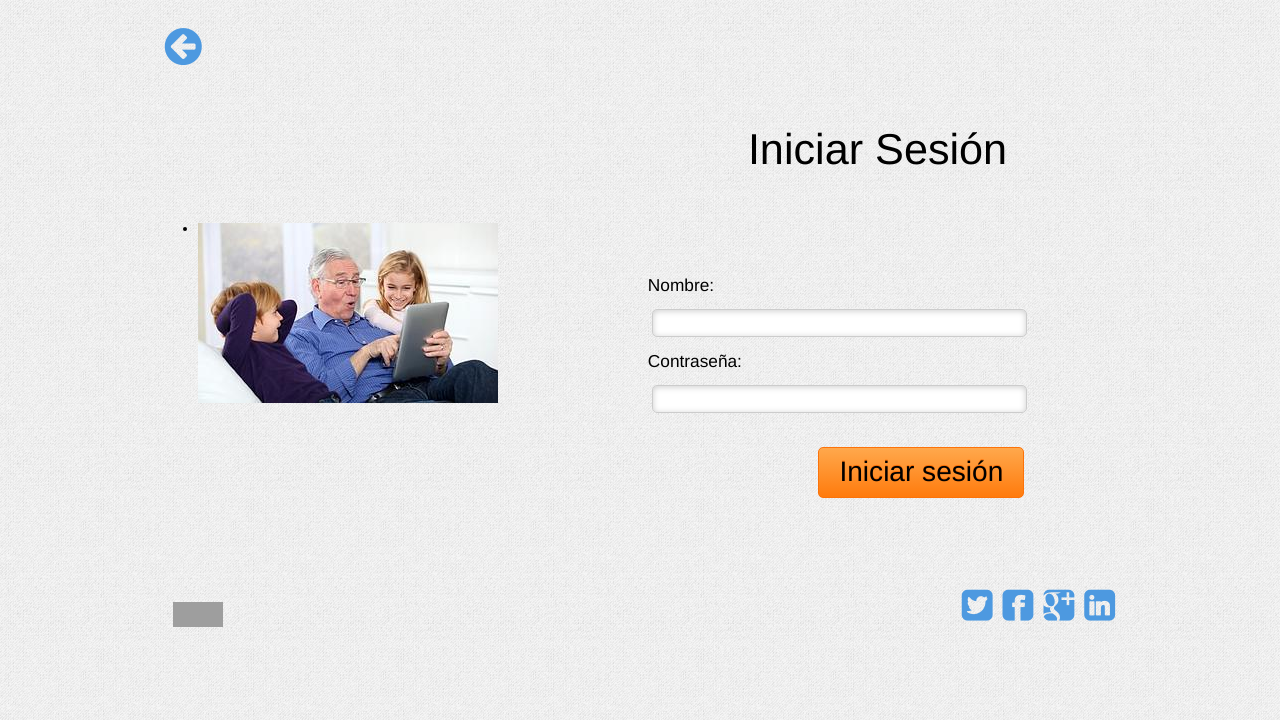
Repository: SCeruso/RememberMe
Page: iniciarSesion.html
The author's editor kept a record of every edit. The page is drawn from the files as they stood at one moment, then again after the next edit.
The browser window is 1280 px wide. The pictures show the whole page.
Pictures or frames that could not be fetched are drawn as grey boxes. Some web libraries are served in a nearby version.

Above is the page before.

### iniciarSesion.html
<!DOCTYPE html>
<html>
<head>
	<!-- META -->
	<title>HTML KickStart Elements</title>
	<meta charset="UTF-8">
	<meta name="viewport" content="width=device-width, initial-scale=1.0"/>
	<meta name="description" content="" />

	<!-- CSS -->
	<link rel="stylesheet" type="text/css" href="css/kickstart.css" media="all" />
	<link rel="stylesheet" type="text/css" href="style.css" media="all" />

	<!-- Javascript -->
	<script type="text/javascript" src="https://ajax.googleapis.com/ajax/libs/jquery/1.9.1/jquery.min.js"></script>
	<script type="text/javascript" src="js/kickstart.js"></script>
</head>
<body>
<div class="grid">
    <div class="col_12">
        <h2 class="left">
               <a href="bienvenido.html">
                  <i class="icon-circle-arrow-left"></i>
                </a>
        </h2>
    </div>
	<div class="col_12">
        <div class="col_6">
        </div>
        <div class="col_6">
            <h2 class="center">
                    <p>Iniciar Sesión</p>
            </h2>
         </div>
	</div>
    <div class="col_12">
        <div class="col_6">
            <ul class="slidershow">
                <li><img class="align-left" src="imagenes/domingo-saludable-mayores--300x180.jpg" width="300" height="250" />
            </p>
        </div>
        <br></br>
        <div class="col_6">
            <p>
                <h6><label for="nombre">Nombre:</label></h6>
                <input id="nombre" type="text" class="col_10"/>
            </p>
            <p>
                <h6><label for="email">Contraseña:</label></h6>
                <input id="contraseña" type="password" class="col_10" />
            </p>
            <div class="col_12">
                <div class="col_10">
                      <h5 style="margin-bottom:40px;" class="right">
                          <p><a class="large button orange" href="juegosde.html"><font color="black">Iniciar sesión</font></a></p>
                      </h5>
                 </div>
            </div>
        </div>
    </div>
    <div class="col_12">
        <div class="col_1">
            <br>
        <EMBED src = "imagenes/musica1.mp3" width="50" height = "25">
            </div>

        <h3 class="right">
            <a href = "http://www.twitter.com" target = "blank">
                <i class="icon-twitter-sign" title= "Twitter"></i></a>
            <a href = "http://www.facebook.com" target = "blank">
                <i class="icon-facebook-sign" title= "Facebook"></i></a>
            <a href = "http://www.google.com" target = "blank">
                <i class="icon-google-plus-sign" title= "Goole +"></i></a>
            <a href = "http://www.linkedin.com" target = "blank">
                <i class="icon-linkedin-sign" title= "Linkedin"></i></a>

        </h3>

    </div>
</div> <!-- End Grid -->
</body>
</html>

### style.css
/*
	99Lime.com HTML KickStart by Joshua Gatcke
	style.css

*/

/*---------------------------------
	IMPORTS
-----------------------------------*/
@import url(http://fonts.googleapis.com/css?family=Arimo:400,700);

/*---------------------------------
	OVERRIDES
-----------------------------------*/
h1,h2,h3,h4,h5,h6{
font-family: "Arimo", arial, verdana, sans-serif;
font-weight:normal;
}

thead th,
tbody th{
font-family: "Arimo", arial, verdana, sans-serif;
}

button,
a.btn,
input[type="submit"],
input[type="reset"],
input[type="button"]{
font-family: "Arimo", arial, verdana, sans-serif;
}

.menu{
font-family: "Arimo", arial, verdana, sans-serif;
}

blockquote{
font-family: "Arimo", arial, verdana, sans-serif;
}

/*---------------------------------
	LAYOUT
-----------------------------------*/
body{
margin:0;
padding:0 0 0 0;
color:#000;
/*background-repeat:repeat;*/
background:#efefef url(css/img/gray_jean.png);
/*background-size:cover;*/
/*background-image:url(css/img/gray_jean.png);*/
font:normal 0.9em/150% 'Arimo', arial, verdana, sans-serif;
text-shadow: 0 0 1px transparent; /* google font pixelation fix */
}

#wrap{
width:100%;
background:#fff;
margin:30px auto 30px auto;
padding:0 2%;
border:1px solid #ccc;
}


#footer{
text-align:center;
padding:20px;
margin:0;
border-top:1px solid #ddd;
color:#999;
font-size:0.8em;
text-shadow:0px 1px 1px #fff;
position: relative;
top:0;
left:0;
background:#fff;
}

	#link-top{
	display:none;
	}

/* NAV BAR*/
.navbar{
position:fixed;
top:0;
left:0;
width: 100%;
background:#000;
color:#fff;
z-index:1000;
}

	.navbar #logo{
	position:absolute;
	top:0;
	right:0;
	padding:0.5em 1em;
	font-size: 1.7em;
	color:#efefef;
	text-decoration:none;
	}

	.navbar span{
	color:#86dc00;
	}


	.navbar ul{
	display:inline-block;
	margin:0;
	padding:0;
	}

		.navbar li{
		margin:0;
		padding:0;
		list-style-type:0;
		display:inline-block;
		}

		.navbar li a{
		display:inline-block;
		color:#efefef;
		padding:1em 1.3em;
		text-decoration:none;
		text-transform: uppercase;
		line-height:100%;
		font-size: 1.2em;
		}

.callout{
background:#4598ef;/*#86dc00;*/
padding:3em 0;
color:#fff;
box-shadow:inset 0 0 10px rgba(0,0,0,0.2);
text-align: center;
text-shadow:0px 1px 3px rgba(0,0,0,0.2);
display:block;
}
	.callout + div.grid{margin-top:50px;}
	 a.callout{cursor:pointer;}
	 .callout i.icon-4x{font-size:6em;}
	 .callout h4{margin-bottom:30px;}
	 .callout-top{margin:50px 0 0 0;}
	 .callout p{margin-bottom:0;}
	 .callout .button{margin-top:10px;}
	 .callout.green{background:#19ad0b;/*#86dc00;*/}

#mc_embed_signup{
padding:30px 0;
}

#ui-preview{
border:5px solid #ddd;
margin:30px 0;
display:block;
}

### css/kickstart-forms.css
/*---------------------------------
	FORMS
-----------------------------------*/
form{
padding:0;
margin:0;
}

fieldset{
margin:30px 0 20px 0;
padding:5px 15px 15px 15px;
border:1px solid #ccc;
background:#f5f5f5;
-moz-border-radius:5px;
-webkit-border-radius:5px;
border-radius:5px;
position: relative;
top:0;
left:0;
}

	legend{
	-moz-border-radius:5px;
	-webkit-border-radius:5px;
	border-radius:5px;
	border:1px solid #ccc;
	background:#f5f5f5;
	padding:2px 10px;
	margin:0 0 0 0;
	display:block;
	position: relative;
	top:0;
	left:0;
	}

	/*IE ONLY - I know, this is a stop gap*/
	.msie fieldset{padding-top:25px;}
	.msie legend{position:absolute;top:-0.7em;left:10px;}

label{
display:inline-block;
*display:inline;
vertical-align: middle;
margin:0;
padding:0;
position:relative;
top:0;
left:0;
zoom:1;
-moz-box-sizing: border-box;
-webkit-box-sizing: border-box;
box-sizing: border-box;
}

	label.inline{
	display:inline;
	margin:0;
	}

	label span{
	color:#999;
	font-size:0.9em;
	}

	label span.right{
	position:absolute;
	bottom:0;
	right:0;
	text-align:right;
	display:inline-block;
	*display:inline;
	}

	label.disabled{
	color:#ccc;
	}

input{
display:inline-block;
*display:inline;
vertical-align: middle;
width:auto;
zoom:1;
margin:0;
border:1px solid #ccc;
font-size:1em;
padding:5px 0;
text-indent: 5px;
-moz-border-radius:5px;
-webkit-border-radius:5px;
border-radius:5px;
background:#fff;
-moz-box-shadow:inset 0 0 6px #ccc;
-webkit-box-shadow:inset 0 1px 6px #ccc;
box-shadow:inset 0 1px 6px #ccc;
-moz-box-sizing: border-box;
-webkit-box-sizing: border-box;
box-sizing: border-box;
}

	input::-webkit-input-placeholder,
	input:-moz-placeholder,
	.placeholder{
	color:#bbb;
	}

	input::-moz-focus-inner {border:0;}

	input[disabled="disabled"], input.disabled{
	color:#999;
	background:#f5f5f5;
	-moz-box-shadow:inset 0 0 2px #ddd;
	-webkit-box-shadow:inset 0 1px 2px #ddd;
	box-shadow:inset 0 1px 2px #ddd;
	}

	/* FOCUS STATES */
	input[type="text"]:focus,
	textarea:focus,
	button:focus,
	a.button:focus,
	select:focus,
	input[type="file"]:focus,
	input[type="password"]:focus{
	-webkit-box-shadow: 0 0 7px #6DB9FF;
	-moz-box-shadow   : 0 0 7px #6DB9FF;
	box-shadow        : 0 0 7px #6DB9FF;
	border: 1px solid #50B1FE;
	outline: none;
	}

	/* TRANSITION */
	input[type="text"],
	textarea,
	button,
	a.button,
	a,
	input[type="file"]{
	-moz-transition: -moz-box-shadow 0.5s, border 0.5s, background 0.5s;
	-webkit-transition: -webkit-box-shadow 0.5s, border 0.5s, background 0.5s;
	-o-transition:  box-shadow 0.5s, border 0.5s, background 0.5s;
	transition: box-shadow 0.5s, border 0.5s, background 0.5s;
	}

input.checkbox,
input[type="checkbox"]{
display:inline;
width:auto;
margin:0;
padding:0;
border:0;
background:none;
vertical-align:center;
*vertical-align: top;
}

input.radio,
input[type="radio"]{
display:inline;
width:auto;
margin:0;
padding:0;
border:0;
background:none;
vertical-align:center;
*vertical-align: top;
}

	input[type="radio"]:focus,
	input[ type="checkbox"]:focus{
	-webkit-box-shadow: 0 0 5px #6DB9FF;
	-moz-box-shadow   : 0 0 5px #6DB9FF;
	box-shadow        : 0 0 5px #6DB9FF;
	outline-color: #6DB9FF;
	}

input.file,
input[type="file"]{
/*font-size:0.8em;*/
-moz-box-shadow:none;
-webkit-box-shadow:none;
box-shadow:none;
border:none;
}

select{
display:inline;
width:auto;
margin:0;
border:1px solid #ccc;
line-height:100%;
padding:3px;
vertical-align: middle;
}

        select[disabled="disabled"], select.disabled{
        color:#999;
        background:#f5f5f5;
        -moz-box-shadow:inset 0 0 2px #ddd;
        -webkit-box-shadow:inset 0 1px 2px #ddd;
        box-shadow:inset 0 1px 2px #ddd;
        }

textarea{
width:auto;
height:200px;
margin:0;
border:1px solid #ccc;
padding:5px;
vertical-align: middle;
font-family:inherit;
font-size:0.9em;
-moz-border-radius:5px;
-webkit-border-radius:5px;
border-radius:5px;
-moz-box-shadow:inset 0 0 6px #ccc;
-webkit-box-shadow:inset 0 1px 6px #ccc;
box-shadow:inset 0 1px 6px #ccc;
-moz-box-sizing: border-box;
-webkit-box-sizing: border-box;
box-sizing: border-box;
}

/*---------------------------------
	COLUMN SIZES
-----------------------------------*/

/* sizes */
input[class*="col_"],
select[class*="col_"],
label[class*="col_"]{
float:none;display:inline-block;*display:inline;margin-bottom:0;
*margin-left: 0.5%;*margin-right: 0.5%;/* this is for IE 7 Only and is not a good fix - work needed here */
}

/*---------------------------------
	FORMS VERTICAL
-----------------------------------*/
form.vertical{

}

	form.vertical label{display:block;}
	form.vertical input,
	form.vertical select,
	form.vertical textarea{width:100%;display:block;margin-bottom:10px;}
	form.vertical .chzn-container{display:block;margin-bottom:10px;}
	form.vertical .chzn-choices{display:block;margin-bottom:10px;}

	/* radios & checks */
	form.vertical input.checkbox,
	form.vertical input[type="checkbox"],
	form.vertical input.radio,
	form.vertical input[type="radio"],
	form.vertical label.inline{display:inline;width:auto;margin:0;}
/*---------------------------------
	FORM VALIDATION
-----------------------------------*/
label.error{color:red;}
input.error{border:1px solid red;}
select.error{border:1px solid red;}

/*---------------------------------
	NOTICES
-----------------------------------*/
.notice{
border:1px solid gold;
background:lightyellow;
padding:10px 20px 10px 40px;
margin:10px 0;
-moz-border-radius:5px;
-webkit-border-radius:5px;
border-radius:5px;
color:#DEAE00;
line-height:120%;
vertical-align: center;
text-shadow:0px 1px rgba(255,255,255,0.5);
position:relative;
top:0;
left:0;
clear:both;
}

	.notice.warning{}/*default*/
	.notice.error{border:1px solid red;background:pink;color:red;}
	.notice.success{border:1px solid green;background:lightgreen;color:green;}
	.notice i[class^='icon-']{position:absolute;top:50%;left:0.8em;margin-top:-0.6em;}
	.notice a[class^='icon-remove'],
	.notice a[class^='icon-remove']:active,
	.notice a[class^='icon-remove']:visited{font-size:12px;position:absolute;top:5px;right:5px;left:auto;color:inherit;margin-top:0;left:auto;}

### css/kickstart-grid.css
/*
	99Lime.com HTML KickStart by Joshua Gatcke
	kickstart-grids.css

	DO NOT EDIT THIS FILE unless you know what you are doing.
*/
/*---------------------------------
	GRID/COLUMNS
-----------------------------------
	tinyfluidgrid.com
	& girlfriendnyc.com
	with changes by 99Lime
-----------------------------------*/
 /*
 & Columns : 12
 & Gutter %: 20%
 & MaxWidth: 1280px
 */

.grid{
max-width:1220px;
margin:0 auto;
padding:0 2em;
}

.grid.flex{
width:100%;
max-width:100%;
padding:0 2%;
padding:2em;
}

.row{
display:block;
overflow:hidden;
clear:both;
}

*[class*="col_"].alpha{margin-left:0;}
*[class*="col_"].omega{margin-right:0;}

.col_1  { width: 6.6666666666667%; }
.col_2  { width: 15%; }
.col_3  { width: 23.333333333333%; }
.col_4  { width: 31.666666666667%; }
.col_5  { width: 40%; }
.col_6  { width: 48.333333333333%; }
.col_7  { width: 56.666666666667%; }
.col_8  { width: 65%; }
.col_9  { width: 73.333333333333%; }
.col_10 { width: 81.666666666667%; }
.col_11 { width: 90%; }
.col_12 { width: 98.333333333333%; }

*[class*="col_"]{
margin-left: 0.83333333333333%;
margin-right: 0.83333333333333%;
margin-top:0.5em;
margin-bottom:0.5em;
float: left;
display: block;
}

.grid img{
max-width: 100%;
height:auto;
}

.clear{clear:both;display:block;overflow:hidden;visibility:hidden;width:0;height:0}
.clearfix:after{clear:both;content:' ';display:block;font-size:0;line-height:0;visibility:hidden;width:0;height:0}
* html .clearfix, *:first-child+html .clearfix{zoom:1}

/* Viewable Grids
	To view your grids, add the class .visible to any grid container.
	This will add a background color so you can see the layout of your grids.
*/
*[class*="col_"].visible{
background:#eee;
border:1px dotted #ccc;
}


/*---------------------------------
	Responsive Grid Media Queries - 1280, 1024, 768, 480
	1280-1024 	- desktop (default grid)
	1024-768 	- tablet landscape
	768-480 	- tablet
	480-less 	- phone landscape & smaller
-----------------------------------*/
@media all and (min-width: 1024px) and (max-width: 1280px) {

	.grid *[class*="col_"]{}
	.grid{max-width: 1024px;}
	.show-desktop	{display:block;}
	.hide-desktop	{display:none;}
	.show-tablet	{display:none;}
	.hide-tablet	{display:block;}
	.show-phone		{display:none;}
	.hide-phone		{display:block;}

}

@media all and (min-width: 768px) and (max-width: 1024px) {

	.grid *[class*="col_"]{}
	.grid{max-width: 768px;}
	.show-desktop	{display:none;}
	.hide-desktop	{display:block;}
	.show-tablet	{display:block;}
	.hide-tablet	{display:none;}
	.show-phone		{display:none;}
	.hide-phone		{display:block;}

}


@media all and (min-width: 480px) and (max-width: 768px) {

	.grid *[class*="col_"]{
	float:none;
	width:auto;
	clear:both;
	display:block;
	}

	/* columns inside of columns */
	.grid *[class*="col_"] [class*="col_"]{
	margin-left:0;
	margin-right:0;
	width:100%;
	}

	.grid{max-width: 480px;}
	.show-desktop	{display:none;}
	.hide-desktop	{display:block;}
	.show-tablet	{display:block;}
	.hide-tablet	{display:none;}
	.show-phone		{display:none;}
	.hide-phone		{display:block;}

}

@media all and (max-width: 480px) {

	.grid *[class*="col_"]{
	float:none;
	width:auto;
	clear:both;
	display:block;
	}

	/* columns inside of columns */
	.grid *[class*="col_"] [class*="col_"]{
	margin-left:0;
	margin-right:0;
	width:100%;
	}

	.grid{max-width: 100%;/*320*/}
	.show-desktop	{display:none;}
	.hide-desktop	{display:block;}
	.show-tablet	{display:none;}
	.hide-tablet	{display:block;}
	.show-phone		{display:block;}
	.hide-phone		{display:none;}

}

### css/kickstart-slideshow.css
/*---------------------------------
	SLIDESHOW2 - Slight Fixes for the slideshow layout *needs work
-----------------------------------*/

	.slideshow{
	clear:both;
	margin:0;
	padding:0;
	width:auto;
	height:auto;
	overflow:hidden;
	}

		.slideshow li{
		list-style-type:none;
		margin:0;
		padding:0;
		float:left;
		display:block;
		}

/**
 * BxSlider v4.0 - Fully loaded, responsive content slider
 * http://bxslider.com
 *
 * Written by: Steven Wanderski, 2012
 * http://stevenwanderski.com
 * (while drinking Belgian ales and listening to jazz)
 *
 * CEO and founder of bxCreative, LTD
 * http://bxcreative.com
 */


/** RESET AND LAYOUT
===================================*/
.bx-wrapper, .bx-wrapper *{
	-webkit-box-sizing: content-box; /* Safari/Chrome, other WebKit */
  	-moz-box-sizing: content-box;    /* Firefox, other Gecko */
  	box-sizing: content-box;         /* Opera/IE 8+ */
}

.bx-wrapper {
	position: relative;
	margin: 0 0 60px;
	padding: 0;
	*zoom: 1;
}

.bx-wrapper img {
	width: 100%;
	display: block;
}

/** THEME
===================================*/

.bx-wrapper .bx-viewport {
	-moz-box-shadow: 0 0 5px #ccc;
	-webkit-box-shadow: 0 0 5px #ccc;
	box-shadow: 0 0 5px #ccc;
	border: solid #fff 5px;
	left: 0;
	background: #fff;
}

.bx-wrapper .bx-pager,
.bx-wrapper .bx-controls-auto {
	position: absolute;
	bottom: -30px;
	width: 100%;
}

/* LOADER */

.bx-wrapper .bx-loading {
	min-height: 50px;
	background: url(img/bx_loader.gif) center center no-repeat #fff;
	height: 100%;
	width: 100%;
	position: absolute;
	top: 0;
	left: 0;
	z-index: 2000;
}

/* PAGER */

.bx-wrapper .bx-pager {
	text-align: center;
	font-size: .85em;
	font-family: Arial;
	font-weight: bold;
	color: #666;
	padding-top: 20px;
}

.bx-wrapper .bx-pager .bx-pager-item,
.bx-wrapper .bx-controls-auto .bx-controls-auto-item {
	display: inline-block;
	*zoom: 1;
	*display: inline;
}

.bx-wrapper .bx-pager.bx-default-pager a {
	background: #666;
	text-indent: -9999px;
	display: block;
	width: 10px;
	height: 10px;
	margin: 0 5px;
	outline: 0;
	-moz-border-radius: 5px;
	-webkit-border-radius: 5px;
	border-radius: 5px;
}

.bx-wrapper .bx-pager.bx-default-pager a:hover,
.bx-wrapper .bx-pager.bx-default-pager a.active {
	background: #000;
}

/* DIRECTION CONTROLS (NEXT / PREV) */

.bx-wrapper .bx-prev {
	left: 10px;
	background: url(img/controls.png) no-repeat 0 -32px;
}

.bx-wrapper .bx-next {
	right: 10px;
	background: url(img/controls.png) no-repeat -43px -32px;
}

.bx-wrapper .bx-prev:hover {
	background-position: 0 0;
}

.bx-wrapper .bx-next:hover {
	background-position: -43px 0;
}

.bx-wrapper .bx-controls-direction a {
	position: absolute;
	top: 50%;
	margin-top: -16px;
	outline: 0;
	width: 32px;
	height: 32px;
	text-indent: -9999px;
	z-index: 9999;
}

.bx-wrapper .bx-controls-direction a.disabled {
	display: none;
}

/* AUTO CONTROLS (START / STOP) */

.bx-wrapper .bx-controls-auto {
	text-align: center;
}

.bx-wrapper .bx-controls-auto .bx-start {
	display: block;
	text-indent: -9999px;
	width: 10px;
	height: 11px;
	outline: 0;
	background: url(img/controls.png) -86px -11px no-repeat;
	margin: 0 3px;
}

.bx-wrapper .bx-controls-auto .bx-start:hover,
.bx-wrapper .bx-controls-auto .bx-start.active {
	background-position: -86px 0;
}

.bx-wrapper .bx-controls-auto .bx-stop {
	display: block;
	text-indent: -9999px;
	width: 9px;
	height: 11px;
	outline: 0;
	background: url(img/controls.png) -86px -44px no-repeat;
	margin: 0 3px;
}

.bx-wrapper .bx-controls-auto .bx-stop:hover,
.bx-wrapper .bx-controls-auto .bx-stop.active {
	background-position: -86px -33px;
}

/* PAGER WITH AUTO-CONTROLS HYBRID LAYOUT */

.bx-wrapper .bx-controls.bx-has-controls-auto.bx-has-pager .bx-pager {
	text-align: left;
	width: 80%;
}

.bx-wrapper .bx-controls.bx-has-controls-auto.bx-has-pager .bx-controls-auto {
	right: 0;
	width: 35px;
}

/* IMAGE CAPTIONS */

.bx-wrapper .bx-caption {
	position: absolute;
	bottom: 0;
	left: 0;
	background: #666\9;
	background: rgba(80, 80, 80, 0.75);
	width: 100%;
}

.bx-wrapper .bx-caption span {
	color: #fff;
	font-family: Arial;
	display: block;
	font-size: .85em;
	padding: 10px;
}

### css/tiptip.css
/*
	TipTip CSS - Version 1.2
	http://code.drewwilson.com/entry/tiptip-jquery-plugin
*/

#tiptip_holder { display: none; position: absolute; top: 0; left: 0; z-index: 99999; }
#tiptip_holder.tip_top { padding-bottom: 5px; }
#tiptip_holder.tip_bottom { padding-top: 5px; }
#tiptip_holder.tip_right { padding-left: 5px; }
#tiptip_holder.tip_left { padding-right: 5px; }

#tiptip_content {
font-size: 11px;
color: #fff;
text-shadow: 0 0 2px #000;
padding: 4px 8px;
border: 1px solid rgba(255,255,255,0.25);
background:#212121;
background-color: rgba(25,25,25,0.92);
background-image: -webkit-gradient(linear, 0% 0%, 0% 100%, from(transparent), to(#000));
-webkit-border-radius: 3px;
-moz-border-radius: 3px;
border-radius: 3px;
-webkit-box-shadow: 0 0 3px #555;
-moz-box-shadow: 0 0 3px #555;
box-shadow: 0 0 3px #555;
*background:#212121;
}

#tiptip_arrow, #tiptip_arrow_inner {
position: absolute;
border-color: transparent;
border-style: solid;
border-width: 6px;
height: 0;
width: 0;
}

#tiptip_holder.tip_top #tiptip_arrow {
border-top-color: #fff;
border-top-color: rgba(255,255,255,0.35);
}

#tiptip_holder.tip_bottom #tiptip_arrow {
border-bottom-color: #fff;
border-bottom-color: rgba(255,255,255,0.35);
}

#tiptip_holder.tip_right #tiptip_arrow {
border-right-color: #fff;
border-right-color: rgba(255,255,255,0.35);
}

#tiptip_holder.tip_left #tiptip_arrow {
border-left-color: #fff;
border-left-color: rgba(255,255,255,0.35);
}

#tiptip_holder.tip_top #tiptip_arrow_inner {
margin-top: -7px;
margin-left: -6px;
border-top-color: rgb(25,25,25);
border-top-color: rgba(25,25,25,0.92);
}

#tiptip_holder.tip_bottom #tiptip_arrow_inner {
margin-top: -5px;
margin-left: -6px;
border-bottom-color: rgb(25,25,25);
border-bottom-color: rgba(25,25,25,0.92);
}

#tiptip_holder.tip_right #tiptip_arrow_inner {
margin-top: -6px;
margin-left: -5px;
border-right-color: rgb(25,25,25);
border-right-color: rgba(25,25,25,0.92);
}

#tiptip_holder.tip_left #tiptip_arrow_inner {
margin-top: -6px;
margin-left: -7px;
border-left-color: rgb(25,25,25);
border-left-color: rgba(25,25,25,0.92);
}

/* Webkit Hacks  */
@media screen and (-webkit-min-device-pixel-ratio:0) {
	#tiptip_content {
		padding: 4px 8px 5px 8px;
		background-color: rgba(45,45,45,0.88);
	}
	#tiptip_holder.tip_bottom #tiptip_arrow_inner {
		border-bottom-color: rgba(45,45,45,0.88);
	}
	#tiptip_holder.tip_top #tiptip_arrow_inner {
		border-top-color: rgba(20,20,20,0.92);
	}
}

Loaded but not shown: css/jquery.fancybox-1.3.4.css (library); css/prettify.css (common file); css/fonts/fontawesome/css/font-awesome.min.css (library); js/kickstart.js (424 lines, source omitted); css/kickstart-buttons.css (369 lines, source omitted); css/kickstart.css (508 lines, source omitted); css/kickstart-menus.css (180 lines, source omitted)

After the next edit:
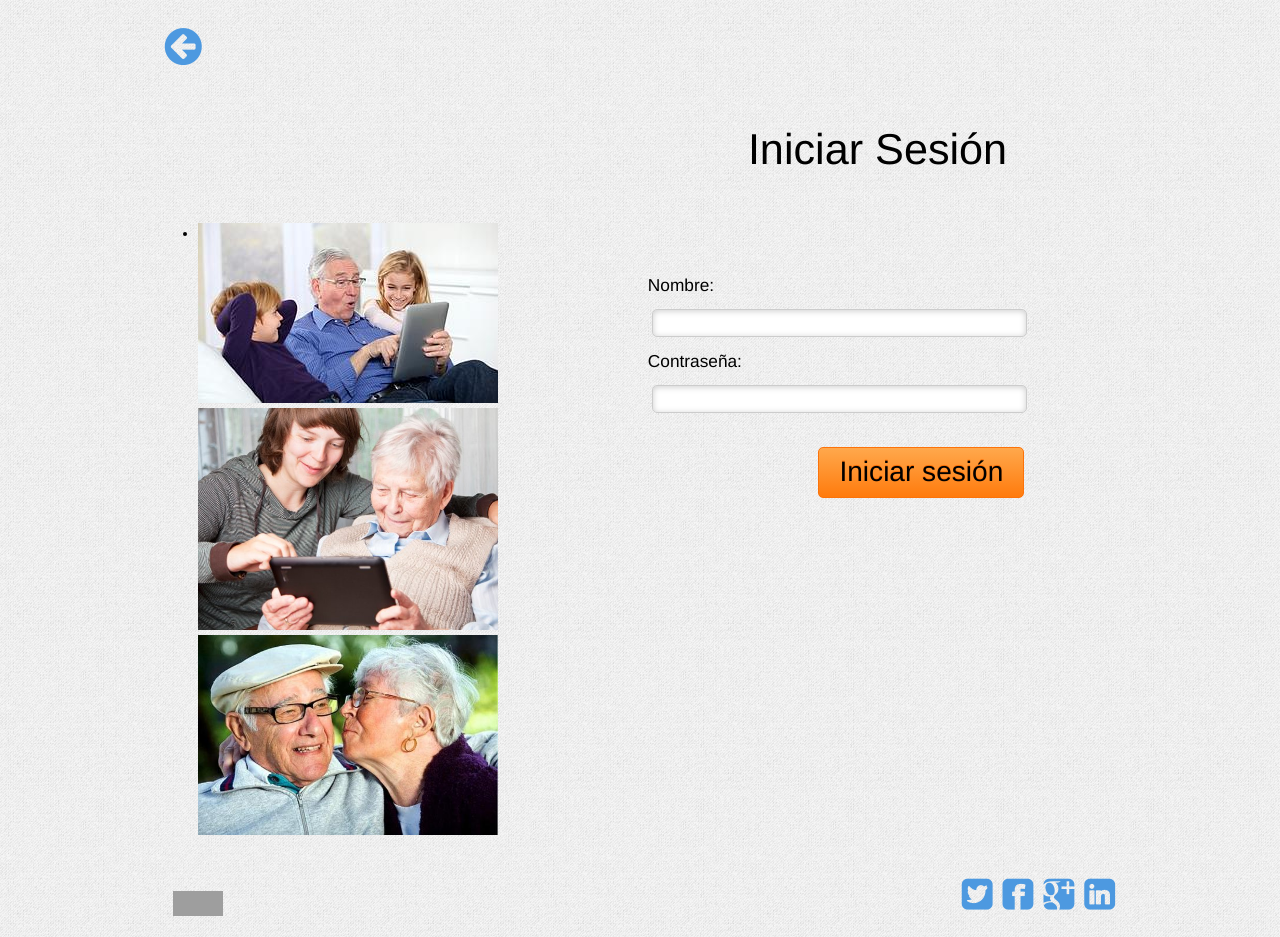
The edit:
--- a/iniciarSesion.html
+++ b/iniciarSesion.html
@@ -37,6 +37,9 @@
         <div class="col_6">
             <ul class="slidershow">
                 <li><img class="align-left" src="imagenes/domingo-saludable-mayores--300x180.jpg" width="300" height="250" />
+                <li><img class="align-left" src="imagenes/chica_abuela.jpg" width="300" height="250" />
+                <li><img class="align-left" src="galeria/pareja.jpg" width="300" height="250" />
+            </ul>
             </p>
         </div>
         <br></br>
